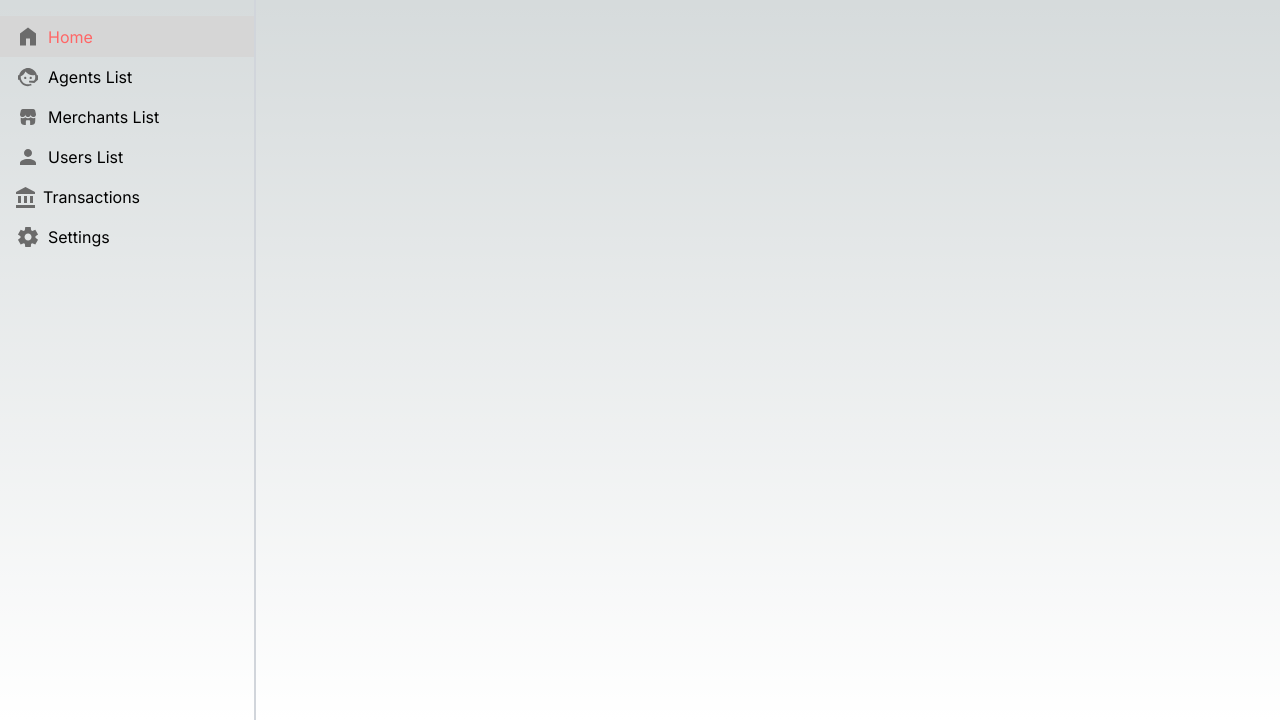
Repository: khairul35/merchant-dashboard
Page: /home
The author's editor kept a copy of each file at every save. The page is drawn from the files as they stood at one save, then again after the next save.
The browser window is 1280 px wide. The pictures show the whole page.
The project was rebuilt for these pictures with package versions that can differ from the ones it lists, and the page was loaded fresh each time. The framework's server and built-in components were replaced by stand-ins that run in the browser. Also part of the build but not shown: next.config.js, app/components/layout/Header/index.module.css, app/components/layout/Header/index.component.tsx.

Above is the page before, as saved 2024-01-03 15:04:26.

After the next save:
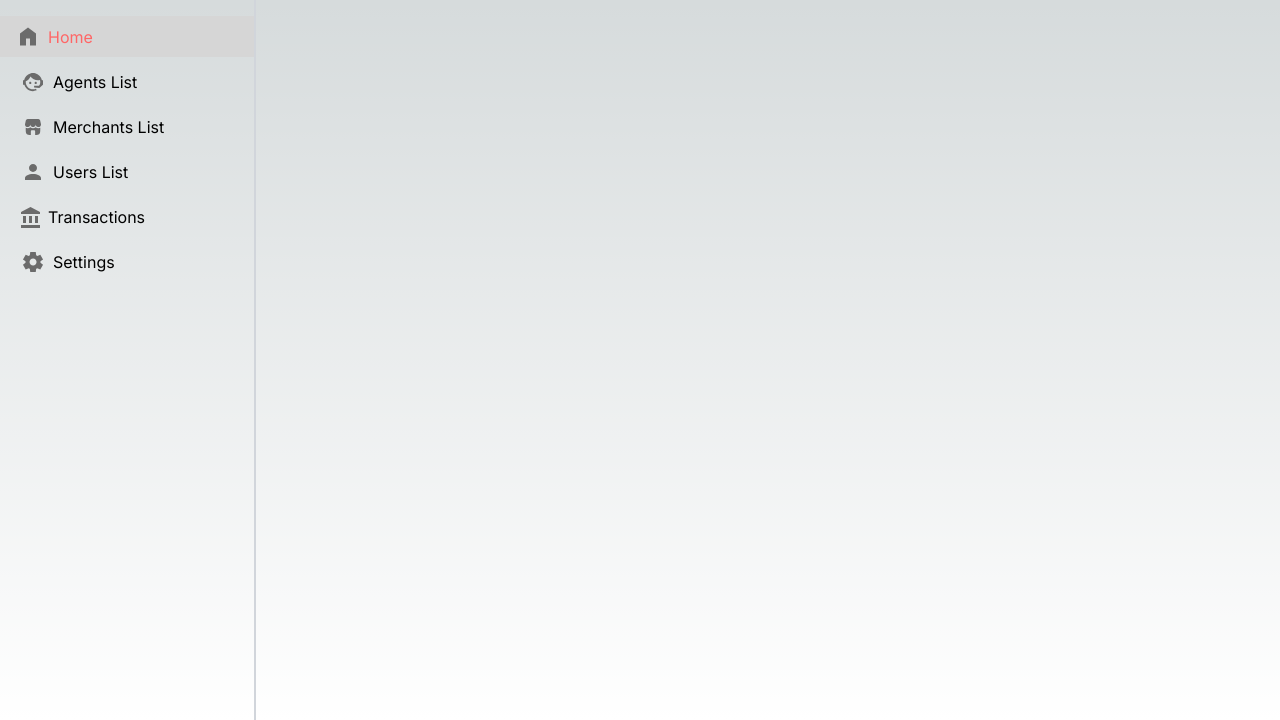
Saved 19 s later.
--- a/app/components/layout/Navigation/index.module.css
+++ b/app/components/layout/Navigation/index.module.css
@@ -1,5 +1,6 @@
 .menu {
-    padding: 20px 15px;
+    padding: 10px 15px;
+    margin: 5px;
     cursor: pointer;
 }
 
